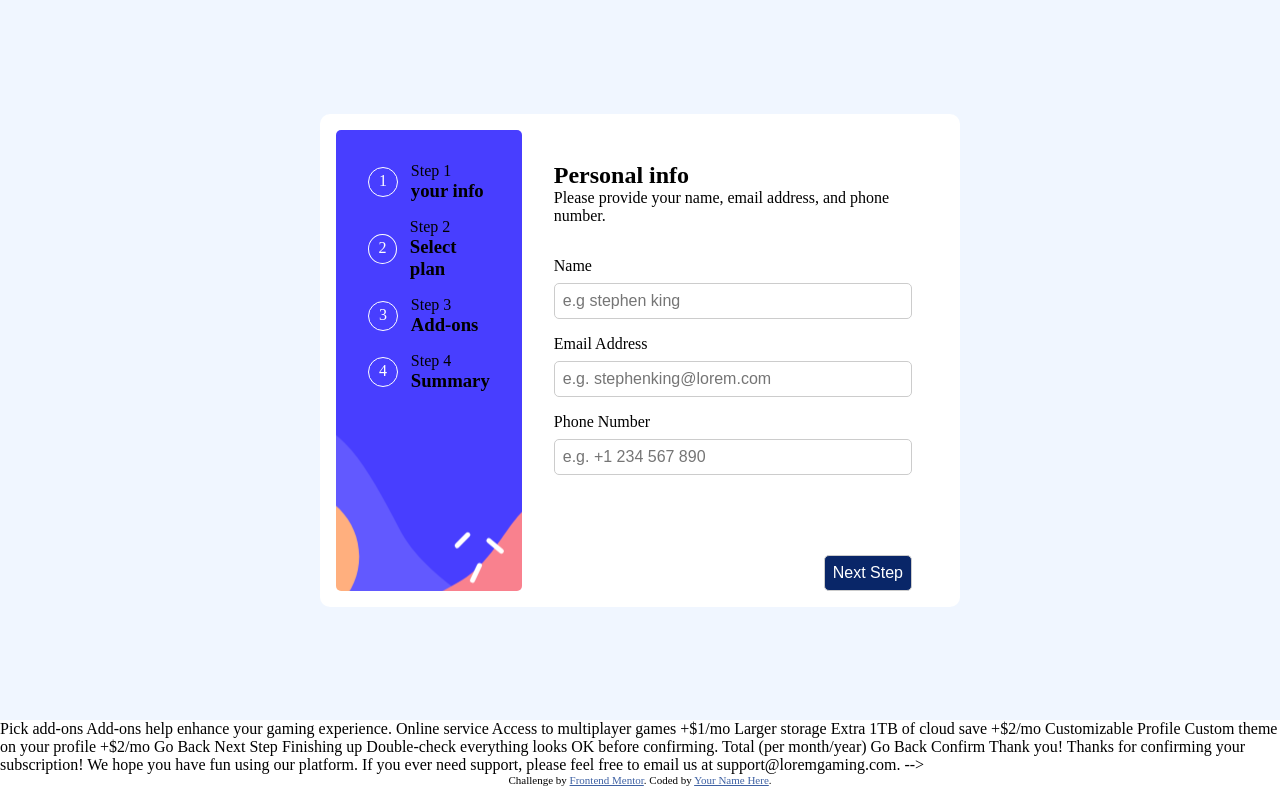
Repository: reemoon-ctrl/reemoon-ctrl.github.io
Page: index.html
The author's editor kept a copy of each file at every save. The page is drawn from the files as they stood at one save, then again after the next save.
The browser window is 1280 px wide. The pictures show the whole page.

Above is the page before, as saved 2025-04-29 09:59:38.

### index.html
<!DOCTYPE html>
<html lang="en">

<head>
  <meta charset="UTF-8">
  <meta name="viewport" content="width=device-width, initial-scale=1.0">
  <!-- displays site properly based on user's device -->

  <link rel="icon" type="image/png" sizes="32x32" href="./assets/images/favicon-32x32.png">
  <link rel="stylesheet" href="./style.css">
  <title>Frontend Mentor | Multi-step form</title>

  <!-- Feel free to remove these styles or customise in your own stylesheet 👍 -->
  <style>
    .attribution {
      font-size: 11px;
      text-align: center;
    }

    .attribution a {
      color: hsl(219, 45%, 44%);
    }
  </style>
</head>

<body>
  <div class="containerCenter">
    <div class="container">
      <div class="sidebar">
        <ul class="sidebarList">
          <li class="sidebar_ele">
            <div>1</div>
            <div>
              <p>Step 1</p>
              <h3>your info</h3>
            </div>
          </li>
          <li class="sidebar_ele">
            <div>2</div>
            <div>
              <p> Step 2</p>
              <h3>Select plan</h3>
            </div>

          </li>
          <li class="sidebar_ele">
            <div>3</div>
            <div>
              <p>Step 3</p>
              <h3>Add-ons</h3>
            </div>
          </li>
          <li class="sidebar_ele">
            <div>4</div>
            <div>
              <p>Step 4</p>
              <h3>Summary</h3>
            </div>

          </li>
        </ul>
      </div>
      <div class="main">
        <div class="formHeader">
          <h2>Personal info</h2>
          <p>Please provide your name, email address, and phone number.
          </p>
        </div>
        <form class="formContainer">
          <div class="formLabelInput">
            <label for="name">Name</label>
            <input type="text" id="name" name="name" placeholder="e.g stephen king">
          </div>
          <div class="formLabelInput">
            <label for="email">Email Address</label>
            <input type="email" id="email" name="email" placeholder="e.g. stephenking@lorem.com">
          </div>
          <div class="formLabelInput">
            <label for="phone">Phone Number</label>
            <input type="tel" name="phone number" placeholder="e.g. +1 234 567 890">
          </div>
          <div id="nextStep">
            <!-- <label for="username">Username:</label> -->
            <button type="button" id="nextStepbtn" name="next step">Next Step</button>
          </div>
        </form>

        <!-- Step 1 end -->
      </div>

    </div>
  </div>

  <!-- Sidebar start -->



  <!-- Sidebar end -->



  <!-- Step 2 start -->
  <!--
  Select your plan
  You have the option of monthly or yearly billing.

  Arcade
  $9/mo

  Advanced
  $12/mo

  Pro
  $15/mo

  Monthly
  Yearly

  Go Back
  Next Step

  <!-- Step 2 end -->

  <!-- Step 3 start -->

  Pick add-ons
  Add-ons help enhance your gaming experience.

  Online service
  Access to multiplayer games
  +$1/mo

  Larger storage
  Extra 1TB of cloud save
  +$2/mo

  Customizable Profile
  Custom theme on your profile
  +$2/mo

  Go Back
  Next Step

  <!-- Step 3 end -->

  <!-- Step 4 start -->

  Finishing up
  Double-check everything looks OK before confirming.

  <!-- Dynamically add subscription and add-on selections here -->

  Total (per month/year)

  Go Back
  Confirm

  <!-- Step 4 end -->

  <!-- Step 5 start -->

  Thank you!

  Thanks for confirming your subscription! We hope you have fun
  using our platform. If you ever need support, please feel free
  to email us at support@loremgaming.com. -->

  <!-- Step 5 end -->

  <div class="attribution">
    Challenge by <a href="https://www.frontendmentor.io?ref=challenge" target="_blank">Frontend Mentor</a>.
    Coded by <a href="#">Your Name Here</a>.
  </div>
</body>

</html>

### style.css
*{
    padding: 0;
    margin: 0;
    box-sizing:border-box;
}
.container{
    background: #ffffff;
    display: grid;
    grid-template-columns: 1fr 3fr;
    padding: 1rem;
    width:50%;
    height:fit-content;
    align-items: center;
    justify-content: center;
    align-content: center;;
    justify-items:center ;
    z-index: 100;
    /* margin-top: 25%; */
    border-radius: 10px;

}
.containerCenter{
    height:100vh;
    display: flex;
    justify-content: center;
    align-items: center;
    align-content: center;
    background-color: #f0f6ff;
}
.main{
    padding: 2rem 2rem 0 2rem;
    display: grid;
}
.sidebar{
    border-radius: 5px;
    height:100% ;
    padding: 2rem;
    background:no-repeat url(./assets/images/bg-sidebar-desktop.svg) center ;
}
.sidebarList{
    list-style: none;
    display: flex;
    flex-direction: column;
    gap: 1rem;
    justify-content: space-between;
    /* height: 100%; */
}
.sidebar_ele{
    display: flex;
    /* align-content:stretch; */
    gap: .8rem;
    align-items: center;
}
.sidebar_ele>div:first-child{
    width: 30px;
    height:30px;
    /* background-color: #adbeff; */
    border: 1px solid #ffffff;
    border-radius: 50%;
    text-align: center;
    padding: .3rem .5rem .3rem .5rem ;
    color:#fff;
}
.formContainer{
    display: grid;
    grid-template-columns:1fr ;
    gap:1rem ;
}
.formHeader{
    padding-bottom: 2rem;
}
.formLabelInput{
    display: flex;
    flex-direction: column;
    gap:.5rem;
}
#nextStep{
    display: flex;
    justify-content:flex-end;
    align-items: center;
    /* background-color: #bff2f6; */
    padding-top: 4rem;
}
#nextStepbtn{
    padding: .5rem;
    border-radius: 5px;
    border: 1px solid #ccc;
    background-color: #092668;
    color: #fff;
    font-size: 1rem;
    /* color: #333; */
    cursor: pointer;
}
.formLabelInput>input{
    padding: .5rem;
    border-radius: 5px;
    border: 1px solid #ccc;
    background-color: #fff;
    font-size: 1rem;
    color: #333;
}

After the next save:
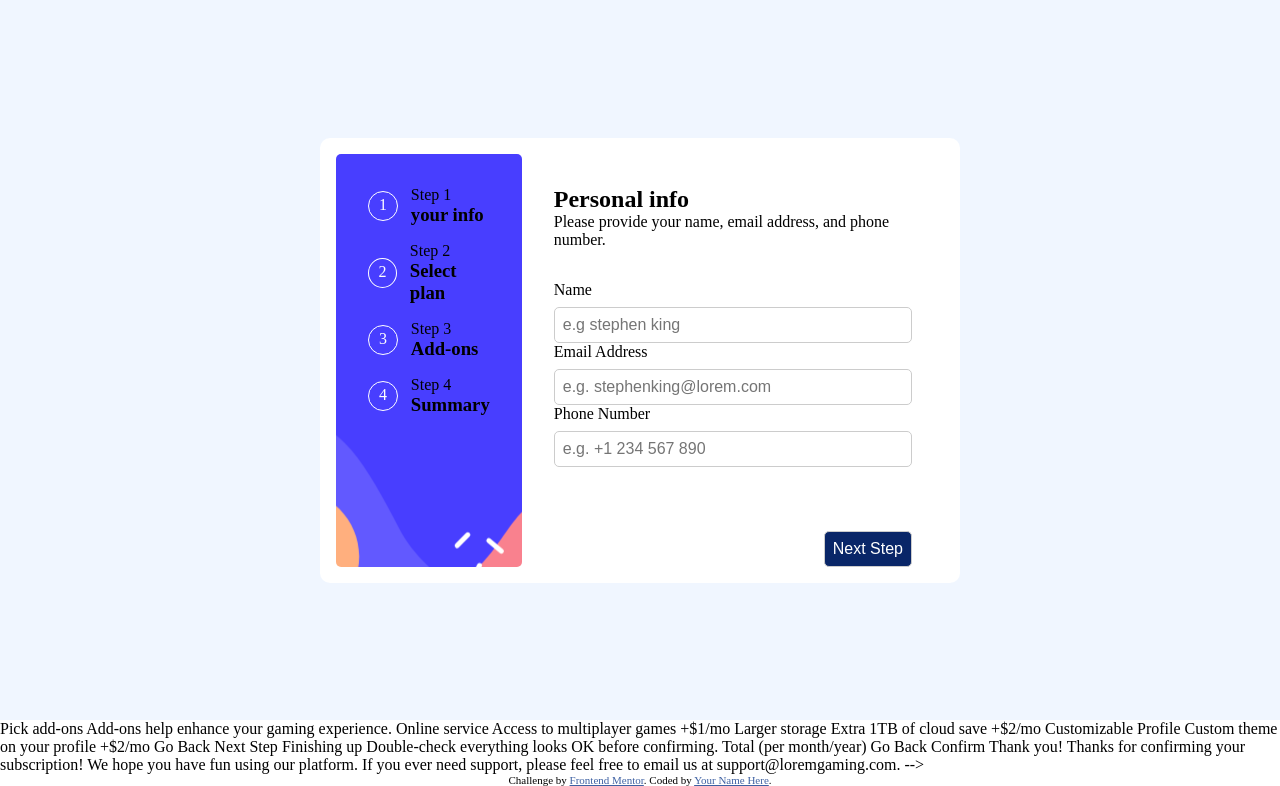
Saved 3 min 10 s later.
--- a/style.css
+++ b/style.css
@@ -61,6 +61,7 @@
     padding: .3rem .5rem .3rem .5rem ;
     color:#fff;
 }
+.sidebar_ele>div:first-child
 .formContainer{
     display: grid;
     grid-template-columns:1fr ;

After the 2 saves that followed:
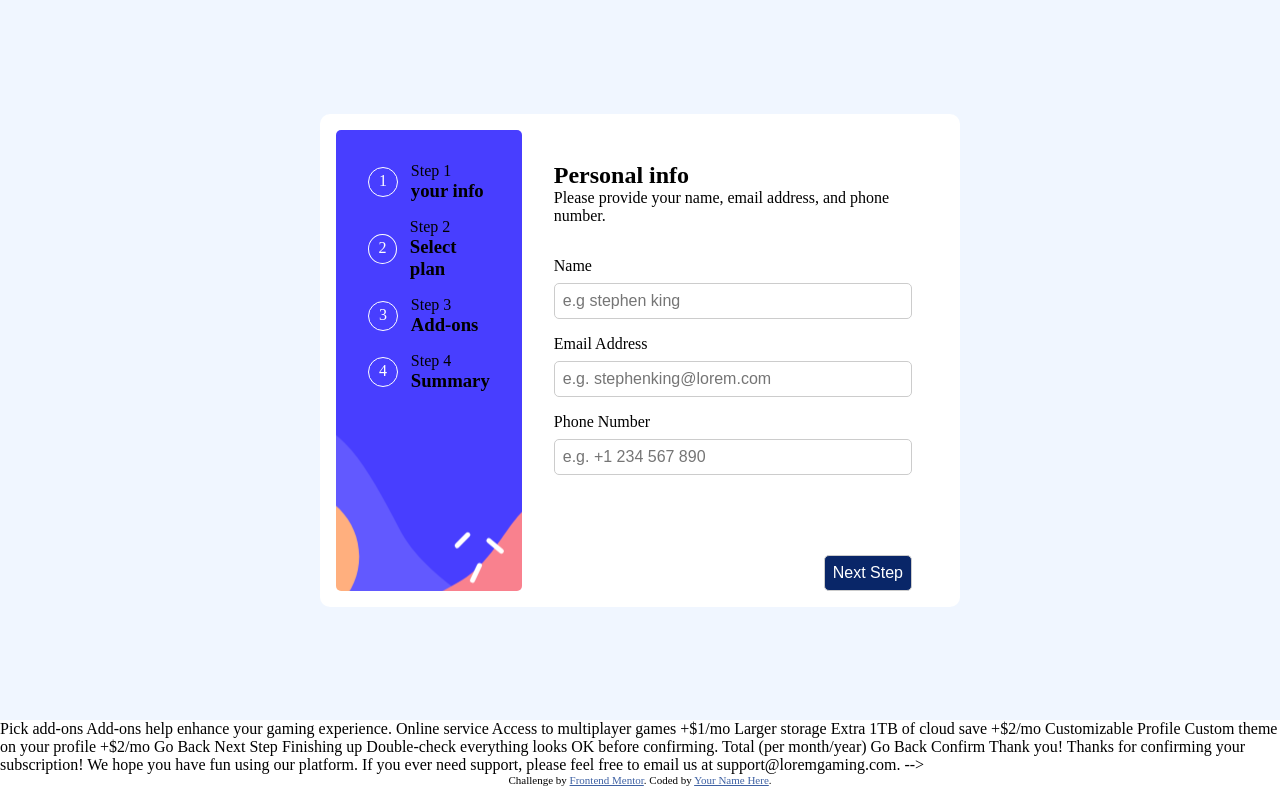
The 2 saves are shown as one change because 1 left the picture as it was.
The last was saved 12 s later.
--- a/style.css
+++ b/style.css
@@ -61,7 +61,9 @@
     padding: .3rem .5rem .3rem .5rem ;
     color:#fff;
 }
-.sidebar_ele>div:first-child
+.sidebar_ele>div:last-child{
+
+}
 .formContainer{
     display: grid;
     grid-template-columns:1fr ;
